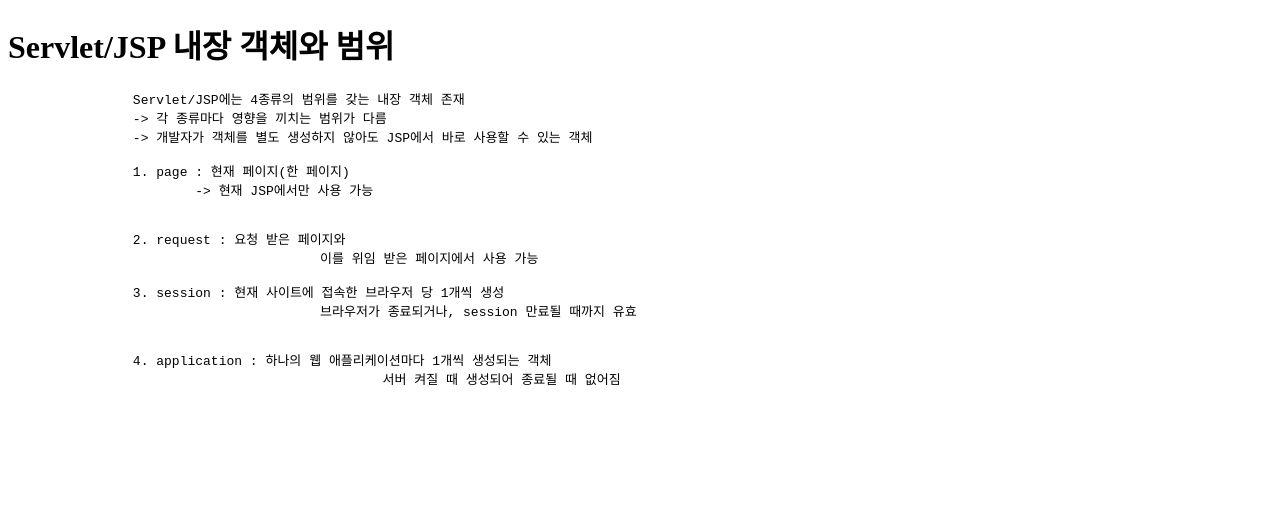
Repository: ahnjaeyoun/6_Server
Page: http://localhost/JSPProject2/scope
These files come from the project's save history. The page is drawn as it stood at one moment and after the next save; the edit follows.
The browser window is 1280 px wide. The pictures show the whole page.
The page is served by Tomcat 9.

Above is the page before, as saved 2023-09-19 02:16:51.

After the next save:
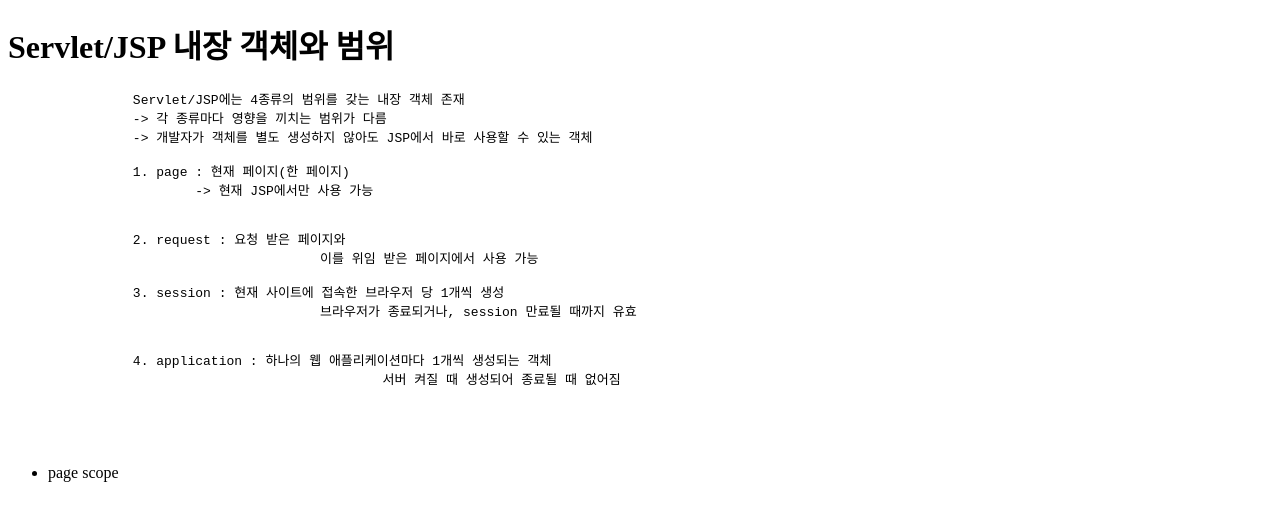
Saved 2 min 25 s later.
--- a/JSPProject2/src/main/webapp/WEB-INF/views/scope/scope.jsp
+++ b/JSPProject2/src/main/webapp/WEB-INF/views/scope/scope.jsp
@@ -27,6 +27,21 @@
 
 		4. application : 하나의 웹 애플리케이션마다 1개씩 생성되는 객체
 						서버 켜질 때 생성되어 종료될 때 없어짐
+
+
+
 	</pre>
+
+	<ul>
+		<li>
+			page scope <br>
+
+			<%
+				// pageContext : page scope 객체
+				pageContext.setAttribute("pageValue", 555);
+			%>
+
+		</li>
+	</ul>
 </body>
 </html>
